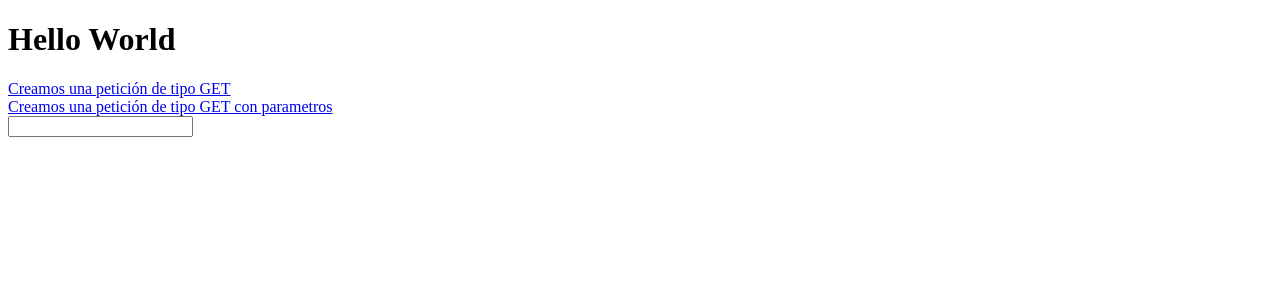
Repository: borispacex/javaee-projects
Page: http://localhost/Java_Web/
These files come from the project's save history. The page is drawn as it stood at one moment and after the next save; the edit follows.
The browser window is 1280 px wide. The pictures show the whole page.
The page is served by Tomcat 9.

Above is the page before, as saved 2023-05-08 17:35:16.

After the next save:
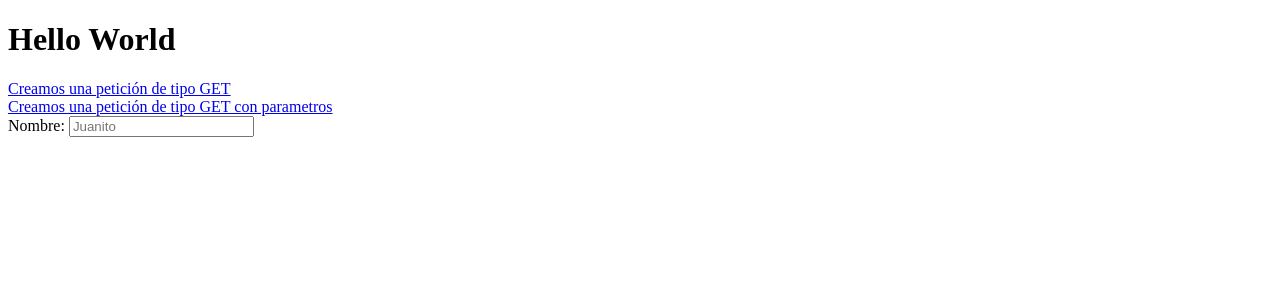
Saved 65 s later.
--- a/Java_Web/WebContent/index.jsp
+++ b/Java_Web/WebContent/index.jsp
@@ -13,7 +13,8 @@
 	<a href="MyServlet?var1=2&var2=6">Creamos una petición de tipo GET con parametros</a>
 	</br>
 	<form action="MyServlet" method="post">
-		<input />
+		<label>Nombre: </label>
+		<input type="text" name="nombre" placeholder="Juanito">
 	</form>
 </body>
 </html>
